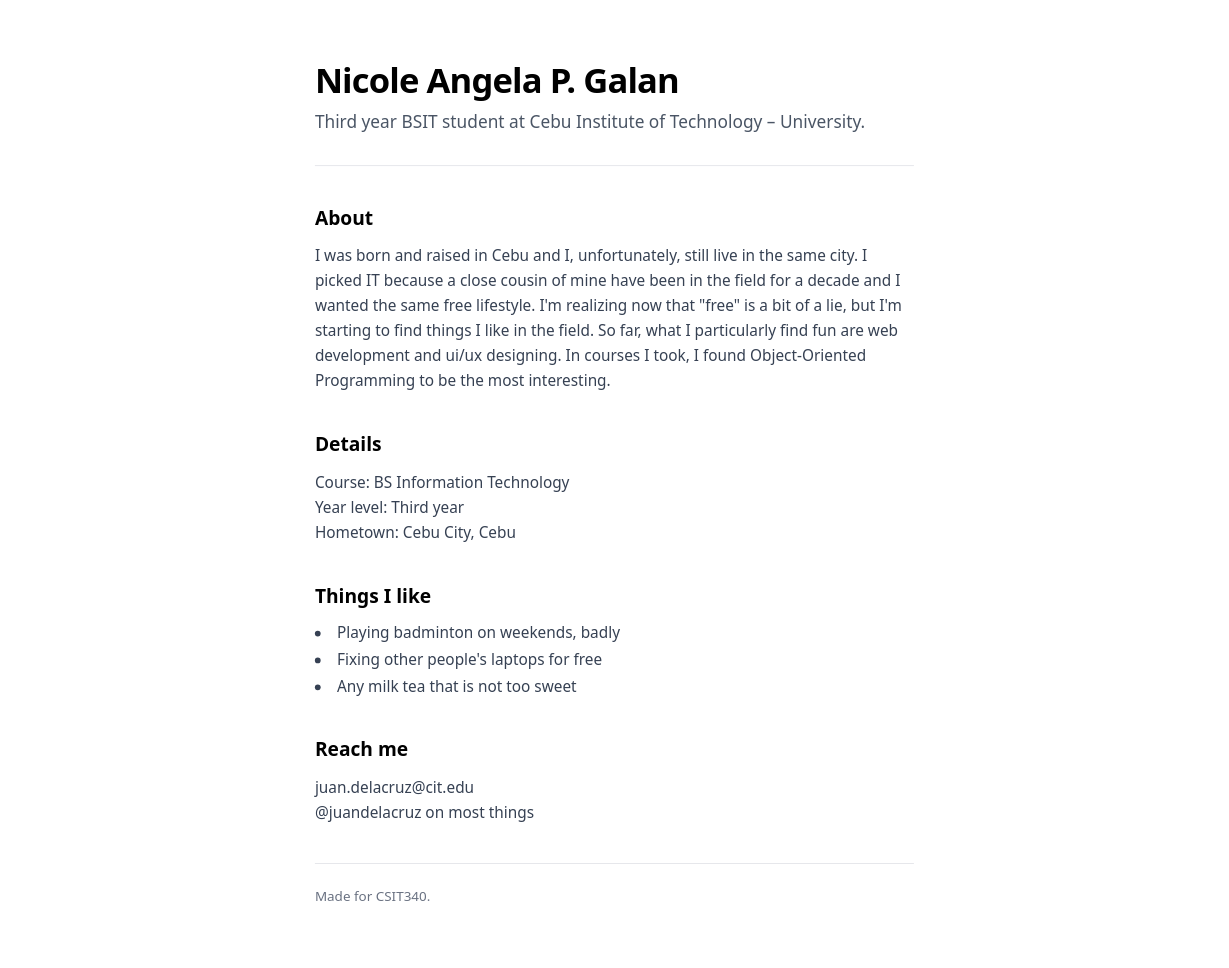
Repository: nicole-galan/CSIT340-Lab1-Galan
Page: /
The author's editor kept a copy of each file at every save. The page is drawn from the files as they stood at one save, then again after the next save.
The browser window is 1280 px wide. The pictures show the whole page, at 96% of full size.
The project was rebuilt for these pictures with package versions that can differ from the ones it lists, and the page was loaded fresh each time. Also part of the build but not shown: vite.config.js.

Above is the page before, as saved 2026-09-04 16:48:44.

After the next save:
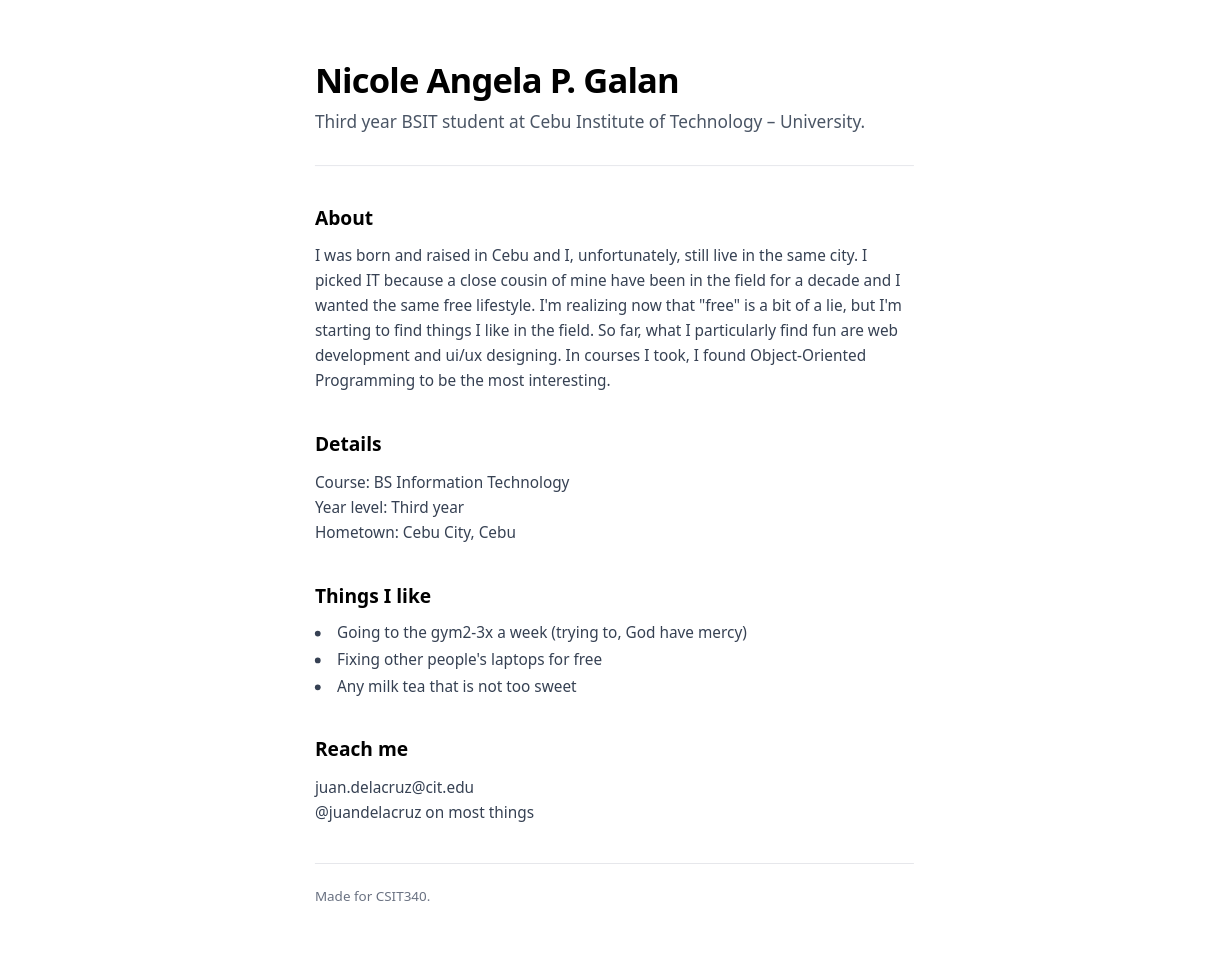
Saved 41 s later.
--- a/src/App.jsx
+++ b/src/App.jsx
@@ -36,7 +36,7 @@ function App() {
         <section className="mb-10">
           <h2 className="text-xl font-semibold mb-3">Things I like</h2>
           <ul className="list-disc list-inside space-y-1 text-gray-700">
-            <li>Playing badminton on weekends, badly</li>
+            <li>Going to the gym2-3x a week (trying to, God have mercy)</li>
             <li>Fixing other people's laptops for free</li>
             <li>Any milk tea that is not too sweet</li>
           </ul>
